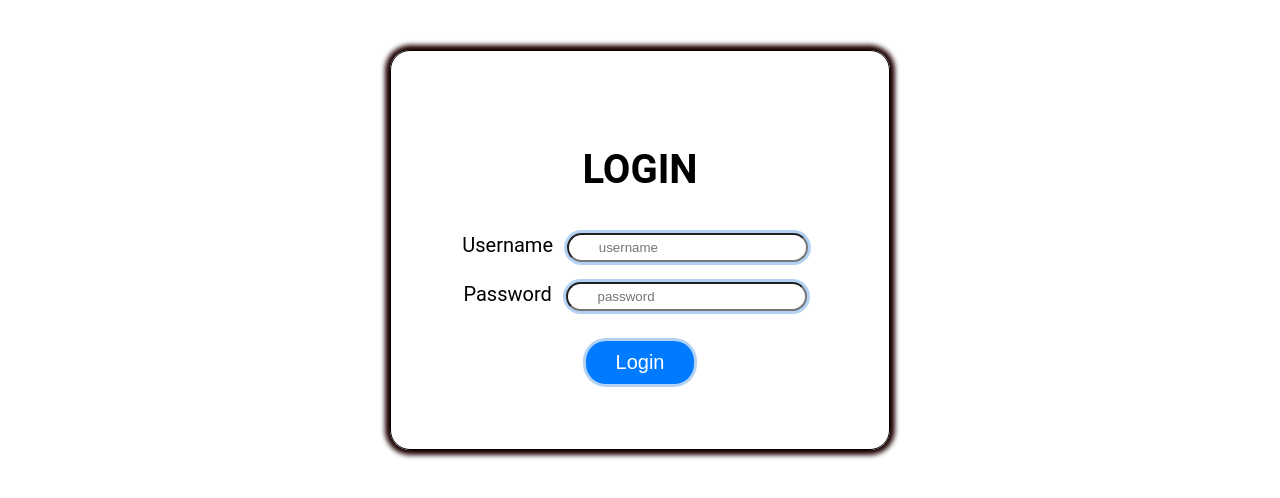
Repository: huyna1707/learning-git
Page: index.html
These files come from the project's save history. The page is drawn as it stood at one moment and after the next save; the edit follows.
The browser window is 1280 px wide. The pictures show the whole page.

Above is the page before, as saved 2024-08-09 23:35:01.

### index.html
<!DOCTYPE html>
<html>
<head>
    <title>Form Login</title>
    <link rel="stylesheet" href="style.css">
    <script defer src="main.js"></script>
</head>
<body>
    <form action="menu">
        <h4>LOGIN</h4>
        <div class="user">
            <label for="username">Username</label>
            <input type="text" placeholder="username" id="username">
        </div>
        <div class="pass">
            <label for="passworld">Password</label>
            <input type="password" placeholder="password" id="password">
        </div>
        <button type="button" onclick="login()">Login</button>
    </form>
</body>
</html>

### style.css
*{
    margin: 0;
    padding: 0;
    box-sizing: border-box;
}

html{
    font-size: 15px;
    font-family: 'Roboto', sans-serif;
    display: flex;
    justify-content: center;
    align-items: center;
}

form{
    width: 500px;
    height: 400px;
    display: flex;
    flex-direction: column;
    justify-content: center;
    align-items: center;
    margin: 50px 0;
    border: 1px solid black;
    border-radius: 20px;
    box-shadow: rgb(30, 0, 0) 0 0 5px 5px;
}

form h4{
    font-size: 40px;
    font-weight: 600;
    margin: 30px;;
}
form label{
    font-size : 20px;
}
form input{
    border-radius: 20px;
    padding: 5px 30px;
    box-shadow: rgba(3, 102, 214, 0.3) 0px 0px 0px 3px;
    margin : 10px;
    h
}

form button{
    border: none;
    border-radius: 20px;
    font-size: 20px;
    padding: 10px 30px;
    background-color: #007bff;
    color: white;
    box-shadow: rgba(3, 102, 214, 0.3) 0px 0px 0px 3px;
    margin-top : 20px;
}

form button:hover{
    box-shadow: rgba(3, 102, 214, 0.3) 0px 0px 0px 5px;
    padding: 10px 40px;
    transition: 0.3s ease-in-out;
}

### main.js
// window.prompt('What is your name?');

After the next save:
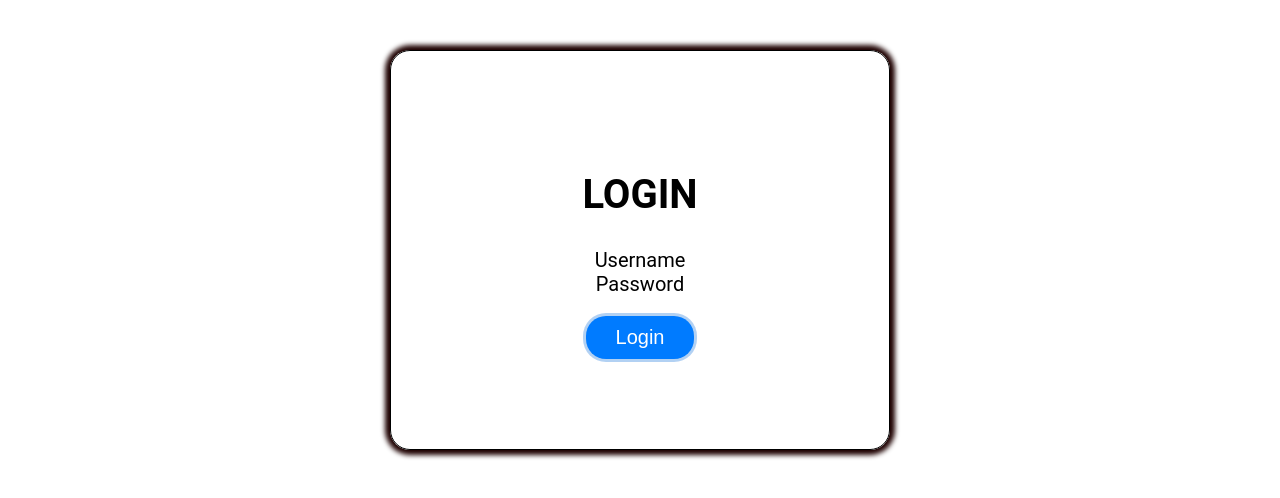
Saved 5 s later.
--- a/style.css
+++ b/style.css
@@ -38,7 +38,7 @@
     padding: 5px 30px;
     box-shadow: rgba(3, 102, 214, 0.3) 0px 0px 0px 3px;
     margin : 10px;
-    h
+    display: none;
 }
 
 form button{

After the 5 saves that followed:
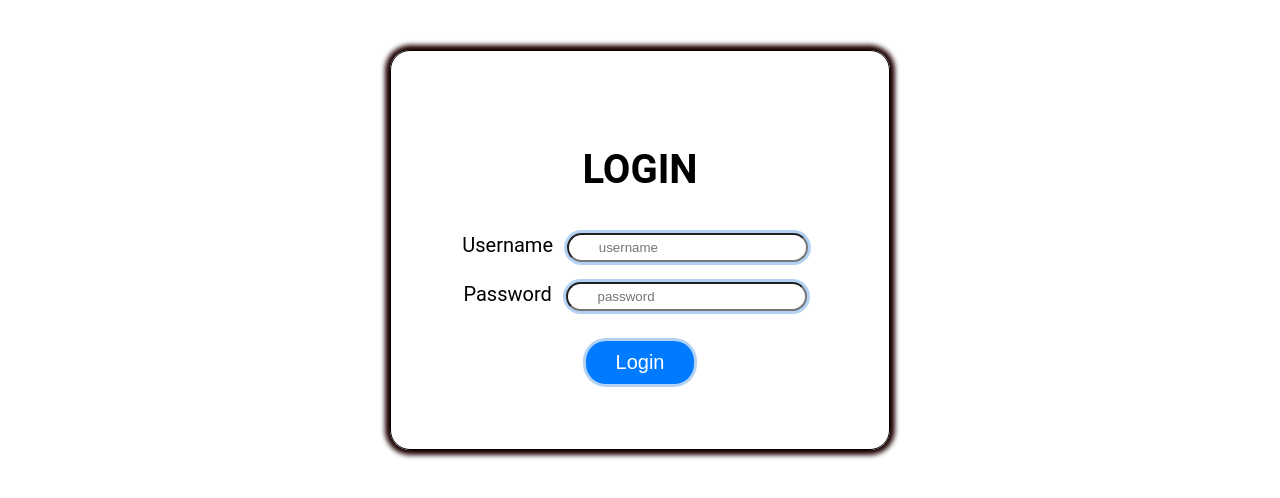
The 5 saves are shown as one change because they came seconds apart.
The last was saved 13 s later.
--- a/style.css
+++ b/style.css
@@ -38,7 +38,7 @@
     padding: 5px 30px;
     box-shadow: rgba(3, 102, 214, 0.3) 0px 0px 0px 3px;
     margin : 10px;
-    display: none;
+    hidden: 20px;
 }
 
 form button{
